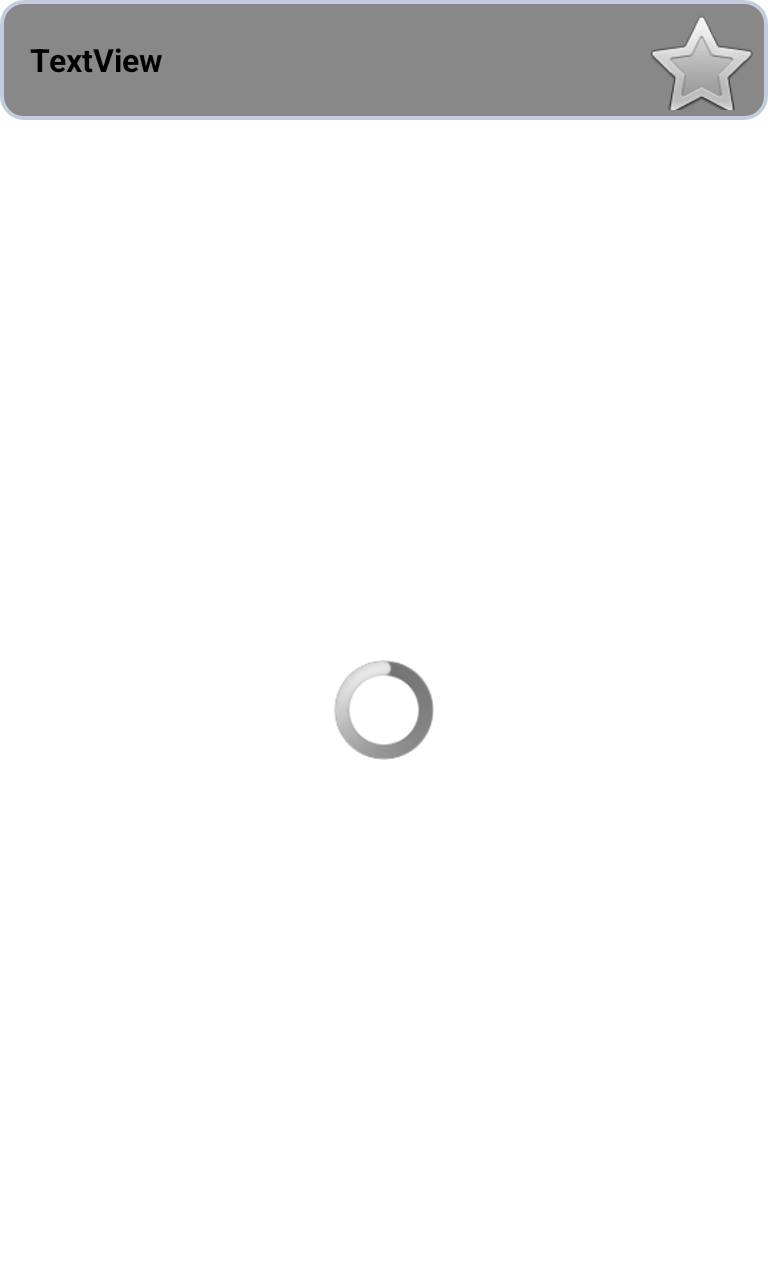
Repository: vinothsridhar/CrickBuzzChallenge
Layout: CricBuzzAndroidApp/res/layout/activity_playerprofile.xml
The author's editor kept a copy of each file at every save. The layout is drawn from the files as they stood at one save, then again after the next save.
It is drawn on a 768 x 1280 px phone screen (xhdpi) without system bars, with theme AppTheme; the app's code is not run.

Above is the layout before, as saved 2014-12-20 14:32:45.

### CricBuzzAndroidApp/res/layout/activity_playerprofile.xml
<RelativeLayout xmlns:android="http://schemas.android.com/apk/res/android"
    xmlns:tools="http://schemas.android.com/tools"
    android:layout_width="match_parent"
    android:layout_height="match_parent" >

    <include
        android:id="@+id/topItem"
        layout="@layout/playlist_item" />

    <RelativeLayout
        android:layout_width="fill_parent"
        android:layout_height="fill_parent"
        android:layout_below="@+id/topItem" >

        <ProgressBar
            android:id="@+id/profileProgress"
            android:layout_width="50dp"
            android:layout_height="50dp"
            android:layout_centerInParent="true" />

        <RelativeLayout
            android:id="@+id/profileInfo"
            android:layout_width="fill_parent"
            android:layout_height="fill_parent"
            android:orientation="vertical" >

            <LinearLayout
                android:layout_width="match_parent"
                android:layout_height="wrap_content"
                android:layout_alignParentBottom="true"
                android:orientation="horizontal" >



            </LinearLayout>
        </RelativeLayout>
    </RelativeLayout>

</RelativeLayout>

### CricBuzzAndroidApp/res/values/styles.xml
<resources xmlns:android="http://schemas.android.com/apk/res/android">
    <style name="AppBaseTheme" parent="@android:style/Theme.Light.NoTitleBar">
    </style>

    <style name="AppTheme" parent="AppBaseTheme">
    </style>

    <style name="BoldText">
        <item name="android:textSize">@dimen/medium_text</item>
        <item name="android:textStyle">bold</item>
        <item name="android:padding">5dp</item>
    </style>

    <style name="TitleText">
        <item name="android:textSize">@dimen/big_text</item>
        <item name="android:background">@color/black</item>
        <item name="android:textColor">@color/white</item>
        <item name="android:textStyle">bold</item>
        <item name="android:gravity">center_vertical</item>
        <item name="android:padding">5dp</item>
    </style>

    <style name="TitleIcon" parent="@android:style/Widget.TabWidget">
        <item name="android:gravity">center_vertical</item>
        <item name="android:background">@drawable/tab_holo</item>
        <item name="android:paddingLeft">5dp</item>
        <item name="android:paddingRight">5dp</item>
    </style>

    <style name="TotalText" parent="BoldText">
        <item name="android:textColor">@color/black</item>
        <item name="android:background">@color/yellow</item>
        <item name="android:weightSum">2</item>
        <item name="android:gravity">center</item>
    </style>

    <style name="PlayerNameText">
        <item name="android:textColor">@color/black</item>
        <item name="android:textSize">@dimen/big_text</item>
        <item name="android:paddingLeft">10dp</item>
        <item name="android:textStyle">bold</item>
    </style>

</resources>

### CricBuzzAndroidApp/res/layout/playlist_item.xml
<?xml version="1.0" encoding="utf-8"?>
<LinearLayout xmlns:android="http://schemas.android.com/apk/res/android"
    android:layout_width="match_parent"
    android:layout_height="60dp"
    android:layout_gravity="center_vertical"
    android:gravity="center_vertical"
    android:background="@drawable/playerlistitem"
    android:layout_marginBottom="10dp"
    android:clickable="true"
    android:orientation="horizontal" >

    <TextView
        android:id="@+id/playerName"
        android:layout_width="fill_parent"
        android:layout_height="wrap_content"
        android:layout_weight="1"
        style="@style/PlayerNameText"
        android:text="TextView" />

    <RatingBar
        android:id="@+id/ratingBar1"
        android:layout_width="wrap_content"
        android:layout_height="wrap_content"
        android:layout_weight="0"
        android:stepSize="1"
        android:numStars="1" />

</LinearLayout>

### CricBuzzAndroidApp/res/drawable/playerlistitem.xml
<?xml version="1.0" encoding="utf-8"?>
<selector xmlns:android="http://schemas.android.com/apk/res/android">

    <item android:state_pressed="true"><shape android:shape="rectangle">
            <solid android:color="#588687"></solid>

            <stroke android:width="2dp" android:color="#C4CDE0"></stroke>

            <padding android:bottom="5dp" android:left="5dp" android:right="5dp" android:top="5dp"></padding>

            <corners android:radius="11dp"></corners>
        </shape></item>
    <item android:state_pressed="false"><shape android:shape="rectangle">
            <solid android:color="#888888"></solid>

            <stroke android:width="2dp" android:color="#C4CDE0"></stroke>

            <padding android:bottom="5dp" android:left="5dp" android:right="5dp" android:top="5dp"></padding>

            <corners android:radius="11dp"></corners>
        </shape></item>

</selector>

### CricBuzzAndroidApp/res/values/colors.xml
<?xml version="1.0" encoding="utf-8"?>
<resources>
    <color name="black">#000000</color>
    <color name="white">#ffffff</color>
    <color name="yellow">#FFCC00</color>
</resources>

### CricBuzzAndroidApp/res/values/dimens.xml
<resources>

    <!-- Text sizes -->
    <dimen name="small_text">12sp</dimen>
    <dimen name="medium_text">14sp</dimen>
    <dimen name="big_text">16sp</dimen>

</resources>

After the next save:
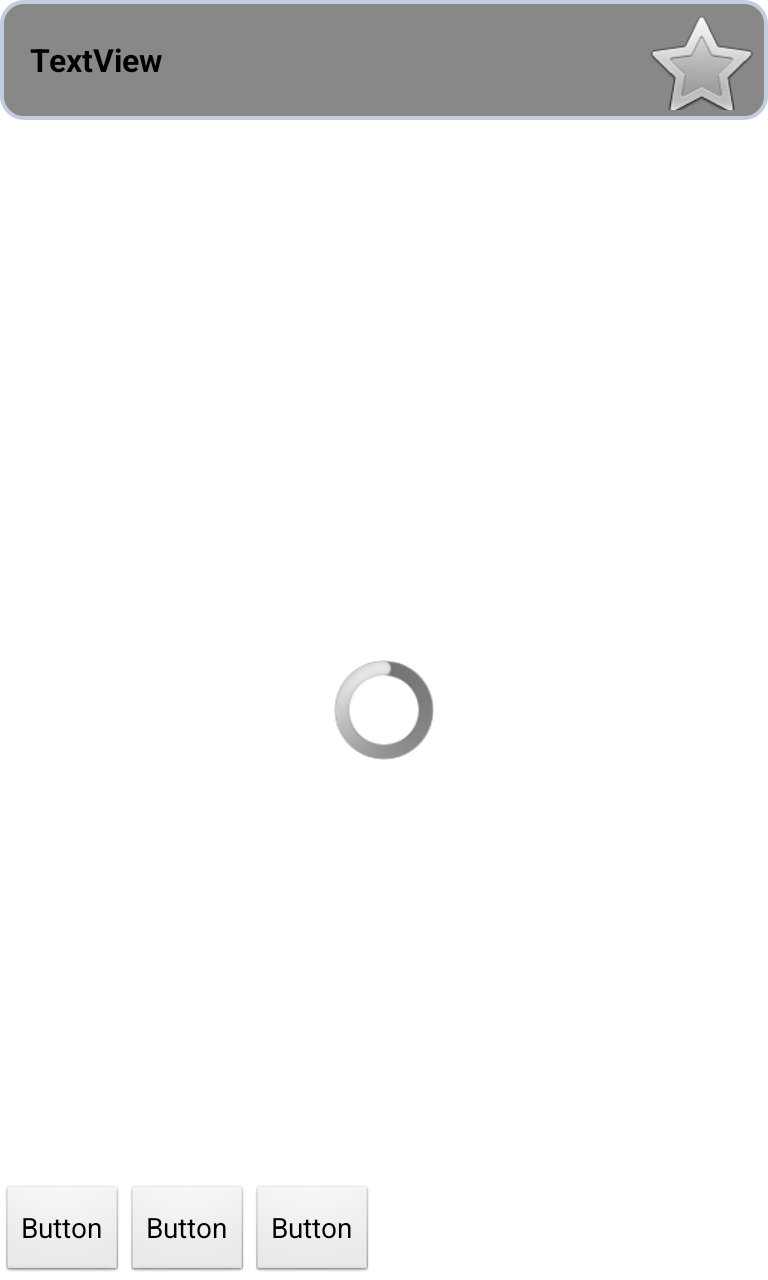
Saved 9 s later.
--- a/CricBuzzAndroidApp/res/layout/activity_playerprofile.xml
+++ b/CricBuzzAndroidApp/res/layout/activity_playerprofile.xml
@@ -30,7 +30,23 @@
                 android:layout_alignParentBottom="true"
                 android:orientation="horizontal" >
 
+                <Button
+                    android:id="@+id/test"
+                    android:layout_width="wrap_content"
+                    android:layout_height="wrap_content"
+                    android:text="Button" />
 
+                <Button
+                    android:id="@+id/button2"
+                    android:layout_width="wrap_content"
+                    android:layout_height="wrap_content"
+                    android:text="Button" />
+
+                <Button
+                    android:id="@+id/button3"
+                    android:layout_width="wrap_content"
+                    android:layout_height="wrap_content"
+                    android:text="Button" />
 
             </LinearLayout>
         </RelativeLayout>
